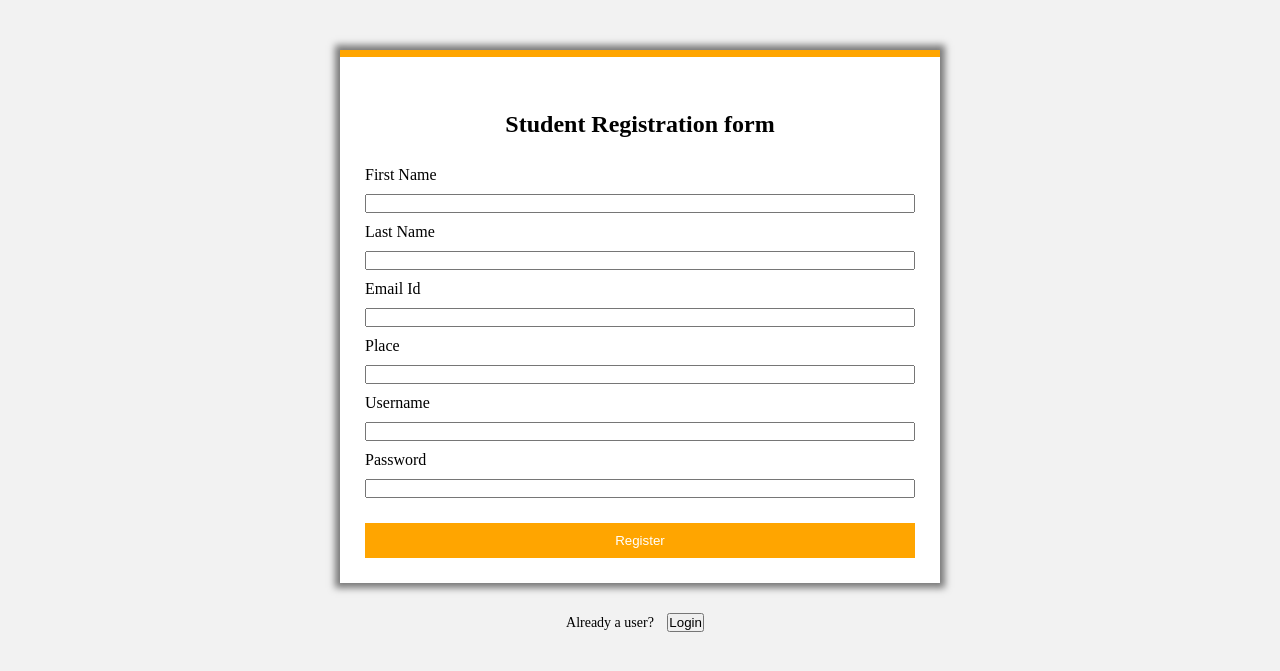
Repository: Sameer-0/workspace
Page: http://localhost/StudentCrud/views/index.jsp
These files come from the project's save history. The page is drawn as it stood at one moment and after the next save; the edit follows.
The browser window is 1280 px wide. The pictures show the whole page.
The page is served by Tomcat 9.

Above is the page before, as saved 2022-07-12 07:58:08.

After the next save:
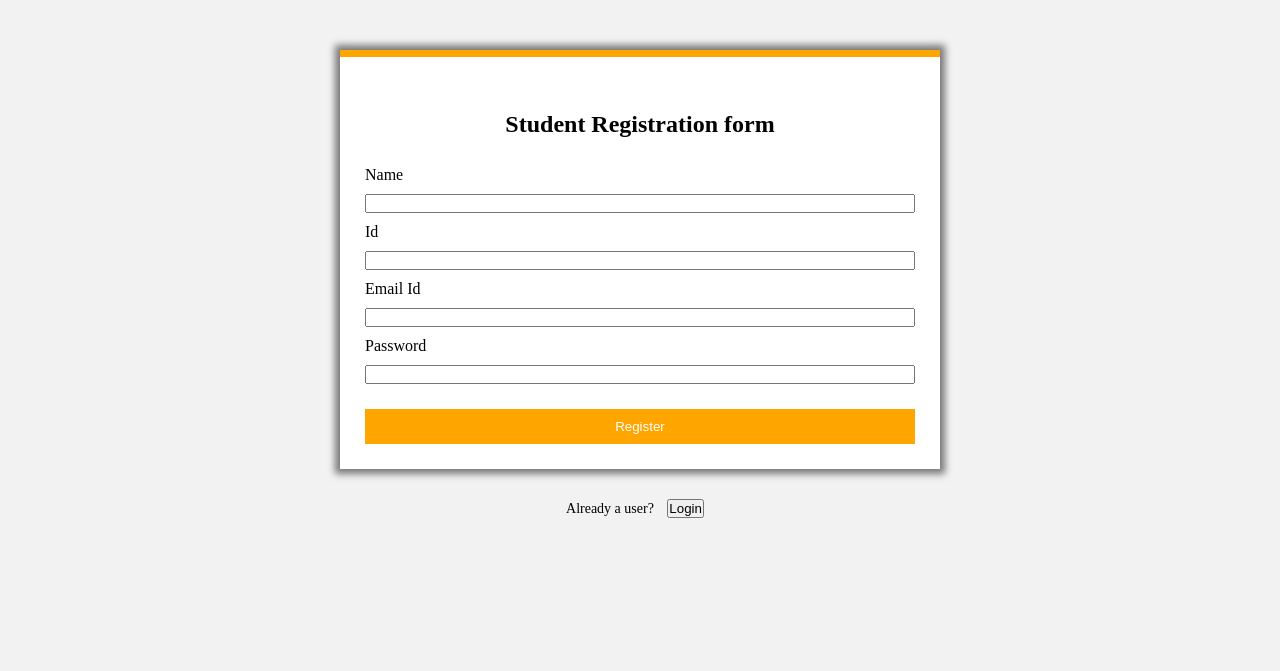
Saved 36 s later.
--- a/StudentCrud/src/main/webapp/views/index.jsp
+++ b/StudentCrud/src/main/webapp/views/index.jsp
@@ -14,22 +14,16 @@
 		<div class="form-container">
 			<form method="post" id="myform" action="done" onsubmit="validateForm(event)">
 
-				<label for="first-name">First Name</label> <span id="fname-message"
+				<label for="name">Name</label> <span id="name-message"
 					class="error"></span> <input type="text" class="name"
-					name="first-name" id="first-name"><br>
+					name="name" id="name"><br>
 
-					<label for="last-name">Last Name</label><span id="lname-message"
+					<label for="id">Id</label><span id="id-message"
 					class="error"></span> <input type="text" class="name"
-					name="last-name" id="last-name"><br>
+					name="id" id="id"><br>
 
 					<label for="mail">Email Id</label><span id="email-message" class="error"></span> <input type="text"
 					class="mail" name="mail" id="mail"><br>
-
-					<label for="place">Place</label><span id="place-message" class="error"></span><br>
-					<input type="text" class="place" name="place" id="place"> <br>
-
-					<label for="username">Username</label><span id="username-message" class="error"></span>
-					<input type="text" class="username" name="username" id="username"><br>
 
 					<label for="password">Password</label><span id="password-message" class="error"></span><br>
 					<input type="text" class="password" name="password" id="password"><br>
